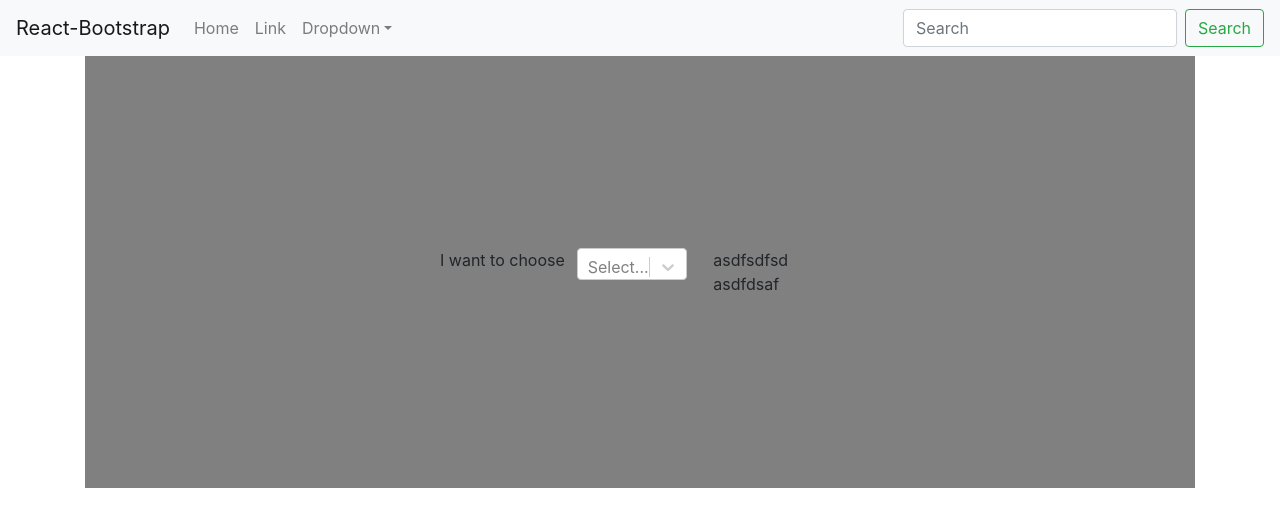
Repository: flychicken123/PriceAlertFront
Page: /
These files come from the project's save history. The page is drawn as it stood at one moment and after the next save; the edit follows.
The browser window is 1280 px wide. The pictures show the whole page.
The page's requests for data from a server got no answer. The project was rebuilt for these pictures with package versions that can differ from the ones it lists, and the page was loaded fresh each time. No one was signed in, and anything a server would have sent is missing. Also part of the build but not shown: src/App.css.

Above is the page before, as saved 2021-03-07 10:06:02.

### public/index.html
<!DOCTYPE html>
<html lang="en">
  <head>
    <meta charset="utf-8" />
    <link rel="icon" href="%PUBLIC_URL%/favicon.ico" />
    <meta name="viewport" content="width=device-width, initial-scale=1" />
    <meta name="theme-color" content="#000000" />
    <meta
      name="description"
      content="Web site created using create-react-app"
    />
    <link rel="apple-touch-icon" href="%PUBLIC_URL%/logo192.png" />
    <!--
      manifest.json provides metadata used when your web app is installed on a
      user's mobile device or desktop. See https://developers.google.com/web/fundamentals/web-app-manifest/
    -->
    <link rel="manifest" href="%PUBLIC_URL%/manifest.json" />
    <link
  rel="stylesheet"
  href="https://cdn.jsdelivr.net/npm/bootstrap@4.6.0/dist/css/bootstrap.min.css"
  integrity="sha384-B0vP5xmATw1+K9KRQjQERJvTumQW0nPEzvF6L/Z6nronJ3oUOFUFpCjEUQouq2+l"
  crossorigin="anonymous"
/>
<link rel="stylesheet" href="https://fonts.googleapis.com/css?family=Roboto:300,400,500,700&display=swap" />

    <!--
      Notice the use of %PUBLIC_URL% in the tags above.
      It will be replaced with the URL of the `public` folder during the build.
      Only files inside the `public` folder can be referenced from the HTML.

      Unlike "/favicon.ico" or "favicon.ico", "%PUBLIC_URL%/favicon.ico" will
      work correctly both with client-side routing and a non-root public URL.
      Learn how to configure a non-root public URL by running `npm run build`.
    -->
    <title>React App</title>
  </head>
  <body>
    <noscript>You need to enable JavaScript to run this app.</noscript>
    <div id="root"></div>
    <!--
      This HTML file is a template.
      If you open it directly in the browser, you will see an empty page.

      You can add webfonts, meta tags, or analytics to this file.
      The build step will place the bundled scripts into the <body> tag.

      To begin the development, run `npm start` or `yarn start`.
      To create a production bundle, use `npm run build` or `yarn build`.
    -->
  </body>
</html>

### src/App.js
import logo from './logo.svg';
import './App.css';
import { BrowserRouter as Router, Switch, Route } from 'react-router-dom';
import TopNavbar from './components/TopNavbar';
import Home from './components/Home.jsx';
const App = () => {
  return (
    <Router>
      <TopNavbar />
      <Switch>
        <Route path='/' component={Home} />
      </Switch>
    </Router>
  )
}

export default App;

### src/components/TopNavbar.jsx
import React, { Component } from 'react';
import { Button, Navbar, Nav, NavDropdown, Form, FormControl } from "react-bootstrap";
const TopNavbar = () => {
    return (
        <div>
            <Navbar bg="light" expand="lg">
                <Navbar.Brand href="#home">React-Bootstrap</Navbar.Brand>
                <Navbar.Toggle aria-controls="basic-navbar-nav" />
                <Navbar.Collapse id="basic-navbar-nav">
                    <Nav className="mr-auto">
                        <Nav.Link href="#home">Home</Nav.Link>
                        <Nav.Link href="#link">Link</Nav.Link>
                        <NavDropdown title="Dropdown" id="basic-nav-dropdown">
                            <NavDropdown.Item href="#action/3.1">Action</NavDropdown.Item>
                            <NavDropdown.Item href="#action/3.2">Another action</NavDropdown.Item>
                            <NavDropdown.Item href="#action/3.3">Something</NavDropdown.Item>
                            <NavDropdown.Divider />
                            <NavDropdown.Item href="#action/3.4">Separated link</NavDropdown.Item>
                        </NavDropdown>
                    </Nav>
                    <Form inline>
                        <FormControl type="text" placeholder="Search" className="mr-sm-2" />
                        <Button variant="outline-success">Search</Button>
                    </Form>
                </Navbar.Collapse>
            </Navbar>
        </div>
    )
};
export default TopNavbar

### src/components/Home.jsx
import React, { useState, Component, Select, useEffect, useCallback } from 'react';
import AsyncSelect from 'react-select/async';
import { Form, Container, Col } from 'react-bootstrap';

export default function Home(props) {
    const [coinTypes, setCoinTypes] = useState([]);
    const [selectedOption, setSelectedOption] = useState(props ? props.match?.params?.template_id : null);
    const customStyles = {
        control: base => ({
            ...base,
            height: 32,
            minHeight: 30,
            width: 110,
            padding: 0
        })
    };


    // const coinOptions = (f) => {
    //     return [{ name: "- select -", id: "" }, ...coinTypes].map((coinType) => {
    //         return {
    //             label: coinType.name,
    //             value: coinType.id
    //         }
    //     })
    // };
    const handleCoinChange = useCallback((coin_id) => {
        setSelectedOption(coin_id);
        console.log(coin_id.name);
    }, []);
    const fetchCoinList = () => {
        return fetch(`https://6043fea2a20ace001728e9b7.mockapi.io/api/v1/coinlist/coinlist`).then(res => res.json());
    }


    return (

        < div className='mainControl' >
            <Container fluid="md">

                <div style={{ display: 'flex', justifyContent: 'center', alignItems: 'center', height: '60vh', backgroundColor: 'grey', width: '200' }}>

                    <Form>

                        <Form.Row>

                            <Col>
                                I want to choose
                            </Col>
                            <Col>
                                <AsyncSelect
                                    cacheOptions
                                    defaultOptions
                                    onChange={handleCoinChange}
                                    value={selectedOption}
                                    loadOptions={fetchCoinList}
                                    getOptionValue={option => option.id}
                                    getOptionLabel={option => option.name}
                                    styles={customStyles}
                                />
                            </Col>
                            <Col>asdfsdfsd  asdfdsaf</Col>
                        </Form.Row>

                    </Form>

                </div>
            </Container>
        </div >
    )
}

Loaded but not shown: src/index.js (common file); src/index.css (common file); src/reportWebVitals.js (common file)

After the next save:
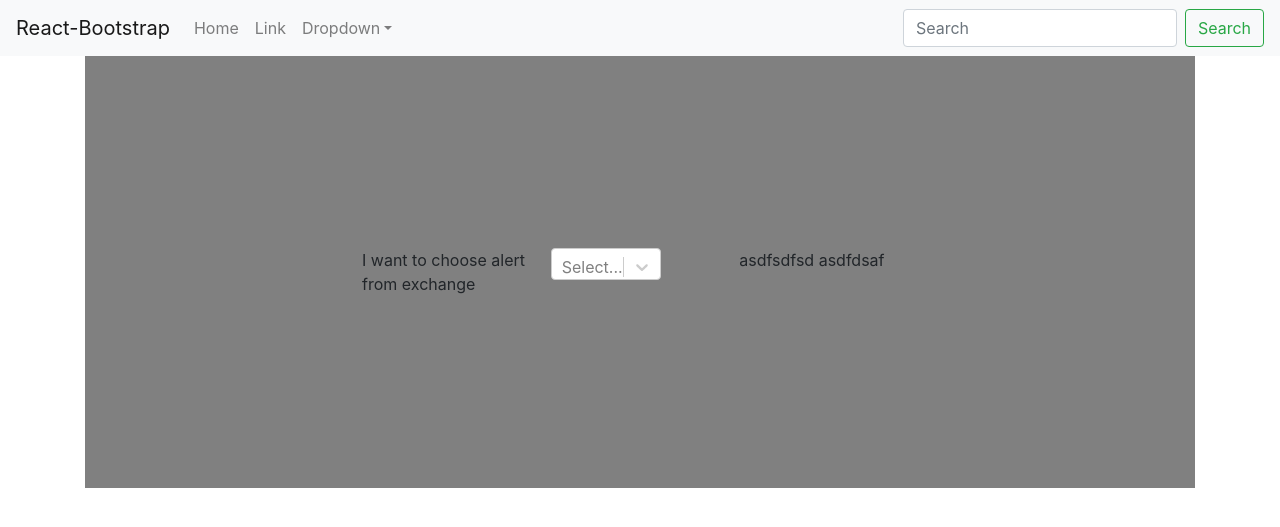
Saved 30 s later.
--- a/src/components/Home.jsx
+++ b/src/components/Home.jsx
@@ -45,7 +45,7 @@ export default function Home(props) {
                         <Form.Row>
 
                             <Col>
-                                I want to choose
+                                I want to choose alert from exchange
                             </Col>
                             <Col>
                                 <AsyncSelect
